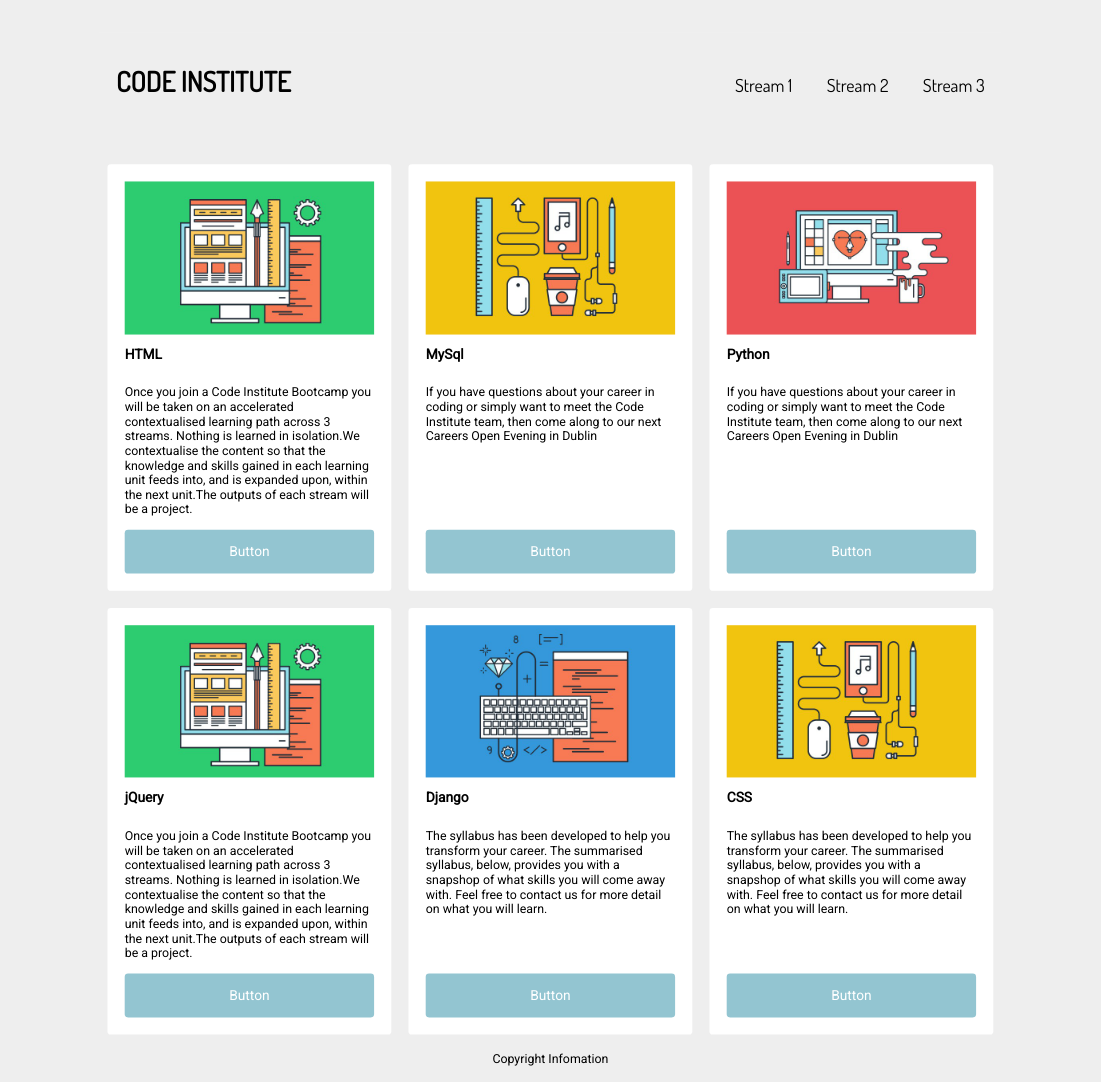
Repository: SOliv1/jquery-downloading-selectors
Page: index.html
The author's editor kept a record of every edit. The page is drawn from the files as they stood at one moment, then again after the next edit.
The browser window is 1280 px wide. The pictures show the whole page, at 86% of full size.
Some web libraries are served in a nearby version.

Above is the page before.

### index.html
<!DOCTYPE html>

<html lang="en">

<head>

	<meta charset="UTF-8">

	<meta name="viewport" content="width=device-width, initial-scale=1">

	<title>jQuery</title>

	<link href="style.css" rel="stylesheet">

	<link href='https://fonts.googleapis.com/css?family=Roboto' rel='stylesheet' type='text/css'>

	<link href='https://fonts.googleapis.com/css?family=Dosis' rel='stylesheet' type='text/css'>

</head>

<body>

	<div id="container">

		<nav>

			<ul>

				<li id="logoNav">CODE INSTITUTE</li>

				<li id="stream1_btn">Stream 1</li>

				<li id="stream2_btn">Stream 2</li>

				<li id="stream3_btn">Stream 3</li>

			</ul>

		</nav>

		<div class="card stream1">

			<img class="card_image" src="img/3.png" alt="coding icon">

			<div class="card_bottom">

				<h2 class="card_head">HTML</h2>

				<p class="card_para">Once you join a Code Institute Bootcamp you will be taken on an accelerated contextualised learning path across 3 streams. Nothing is learned in isolation.We contextualise the content so that the knowledge and skills gained in each learning unit feeds into, and is expanded upon, within the next unit.The outputs of each stream will be a project. </p>

				<a href="" class="bottom_button">Button</a>

			</div>

		</div>

		<div class="card stream3">

			<img class="card_image" src="img/1.png" alt="coding icon">

			<h2 class="card_head">MySql</h2>

			<p class="card_para">If you have questions about your career in coding or simply want to meet the Code Institute team, then come along to our next Careers Open Evening in Dublin</p>

			<a href="" class="bottom_button">Button</a>

		</div>



		<div class="card stream2">

			<img class="card_image" src="img/2.png" alt="coding icon">

			<h2 class="card_head">Python</h2>

			<p class="card_para">If you have questions about your career in coding or simply want to meet the Code Institute team, then come along to our next Careers Open Evening in Dublin</p>

			<a href="" class="bottom_button">Button</a>

		</div>

		<div class="card stream1">

			<img class="card_image" src="img/3.png" alt="coding icon">

			<div class="card_bottom">

				<h2 class="card_head">jQuery</h2>

				<p class="card_para">Once you join a Code Institute Bootcamp you will be taken on an accelerated contextualised learning path across 3 streams. Nothing is learned in isolation.We contextualise the content so that the knowledge and skills gained in each learning unit feeds into, and is expanded upon, within the next unit.The outputs of each stream will be a project. </p>

				<a href="" class="bottom_button">Button</a>

			</div>

		</div>

		<div class="card stream3">

			<img class="card_image" src="img/4.png" alt="coding icon">

			<h2 class="card_head">Django</h2>

			<p class="card_para">The syllabus has been developed to help you transform your career. The summarised syllabus, below, provides you with a snapshop of what skills you will come away with. Feel free to contact us for more detail on what you will learn.</p>

			<a href="" class="bottom_button">Button</a>

		</div>

		<div class="card stream1">

			<img class="card_image" src="img/1.png" alt="coding icon">

			<h2 class="card_head">CSS</h2>

			<p class="card_para">The syllabus has been developed to help you transform your career. The summarised syllabus, below, provides you with a snapshop of what skills you will come away with. Feel free to contact us for more detail on what you will learn.</p>

			<a href="" class="bottom_button">Button</a>

		</div>

		<div id="my_footer">

			<p id="copyright">Copyright Infomation</p>

		</div>

	</div>

	<script src="https://code.jquery.com/jquery-3.2.1.js" integrity="sha256-DZAnKJ/6XZ9si04Hgrsxu/8s717jcIzLy3oi35EouyE=" crossorigin="anonymous"></script>

	<script src="script.js"></script> <!-- Scripts located at the bottom of the body to insure page is fully loaded before execution -->

</body>

</html>

### style.css

body{

	font-family: 'Roboto', sans-serif;
 	background-color: #eee;

}



h1{

	font-size: 3em;
	text-align: center;

}

h2{

	font-size: 1em;
	text-align: left;

}

p{

	font-size: .9rem;

}



div{

	border-radius: 4px;

}



.card_image{

	width: 100%;

}



.bottom_button{

	display: flex;
	box-sizing: border-box;
	border-radius: 4px;
	display: block;
	width: 100%;
	background-color: rgba(129, 187, 201,.85);
	text-align: center;
	padding: 1em .75em;
	text-decoration: none;
	color: #fff;

}



.card_bottom{

	display: flex;
	flex-flow: column;

}



.card_head{
	flex: 0;

}



.card_para{

	flex: 1 0 auto;

}



#container{

	display: flex;
	flex-flow: row wrap;
	box-sizing: border-box;
	margin-right: auto;
	margin-left: auto;
	max-width: 1050px;

}



#logo{

	width: 800px;
	margin: auto;

}



.card{

	flex: 1;

	display: flex;

	flex-flow: column;

	min-width: 240px;

	margin: 10px;

	padding: 20px;

	background-color: #fff;

}



#my_footer{

	width: 100%;

	text-align: center;

}

#copyright{
	margin-top: 10px;
	margin-bottom: 10px;


}


/*************************

Navigation

**************************/



nav{

	font-family: roboto;
	background-color: #eee;
	margin: 30px auto;
	width: 100%;

}


ul{
	display: flex;
	justify-content: space-between;
	flex-flow: row;
	align-items: baseline;
	border-radius: 10px;
	list-style-type: none; /*Remove Bullets*/
	padding: 0;

}



li{
	flex: 1
	height: 30px;
	font-family: Dosis;
	padding: 20px 20px 20px 20px;
	text-align: center;
	font-size: 1.3em;

}

#logoNav{
	flex: 6;
	text-align: left;
	font-size: 2em;
	font-weight: bold;

}



.underline{

	text-decoration: underline;

}

.border{
	border: solid 5px #ccc;

}

.stream-nav{
	cursor: pointer;

}

.card-highlight{
	background-color: rgb(235, 82, 85);

}

/*for desktop navigation*/

@media screen and (max-width: 700px){

	ul{
		flex-flow: column;
		align-items:center;
	}

	li{

		font-size: 2em;
	}

}

### script.js

$(document).ready(function() {

    $("#stream1_btn").on("click", function() {

        $(".stream1").removeClass('highlight_stream');

        $(".stream2").removeClass('highlight_stream');

        $(".stream3").removeClass('highlight_stream');

        $(".stream1").addClass('highlight_stream');

   });

   $("#stream2_btn").on("click", function() {

        $(".stream1").removeClass('highlight_stream');

        $(".stream2").removeClass('highlight_stream');

        $(".stream3").removeClass('highlight_stream');

        $(".stream2").addClass('highlight_stream');

   });

   $("#stream3_btn").on("click", function() {

        $(".stream1").removeClass('highlight_stream');

        $(".stream2").removeClass('highlight_stream');

        $(".stream3").removeClass('highlight_stream');

        $(".stream3").addClass('highlight_stream');

   });

});

After the next edit:
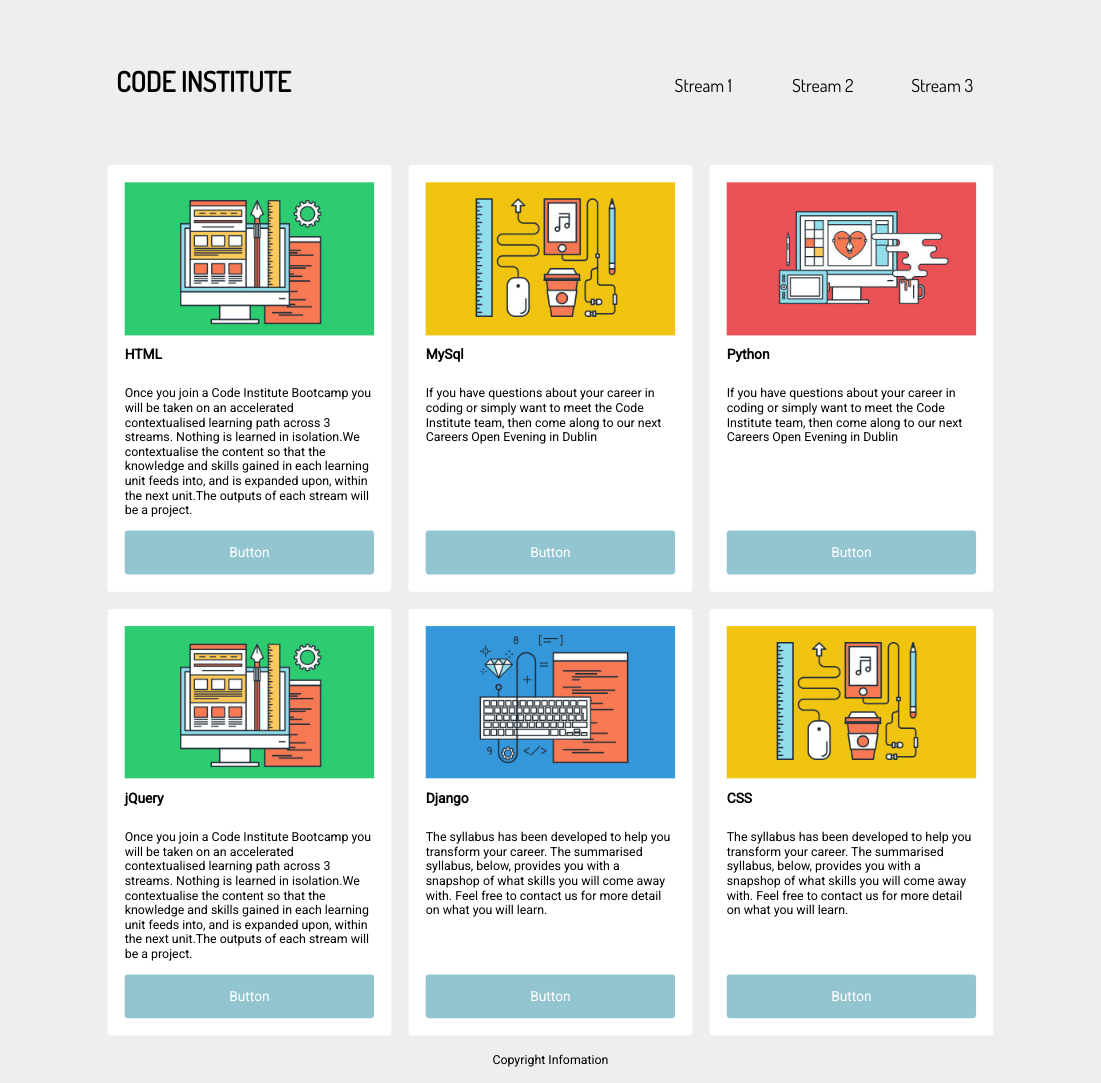
The edit:
--- a/style.css
+++ b/style.css
@@ -177,7 +177,7 @@
 
 
 li{
-	flex: 1
+	flex: 1;
 	height: 30px;
 	font-family: Dosis;
 	padding: 20px 20px 20px 20px;
